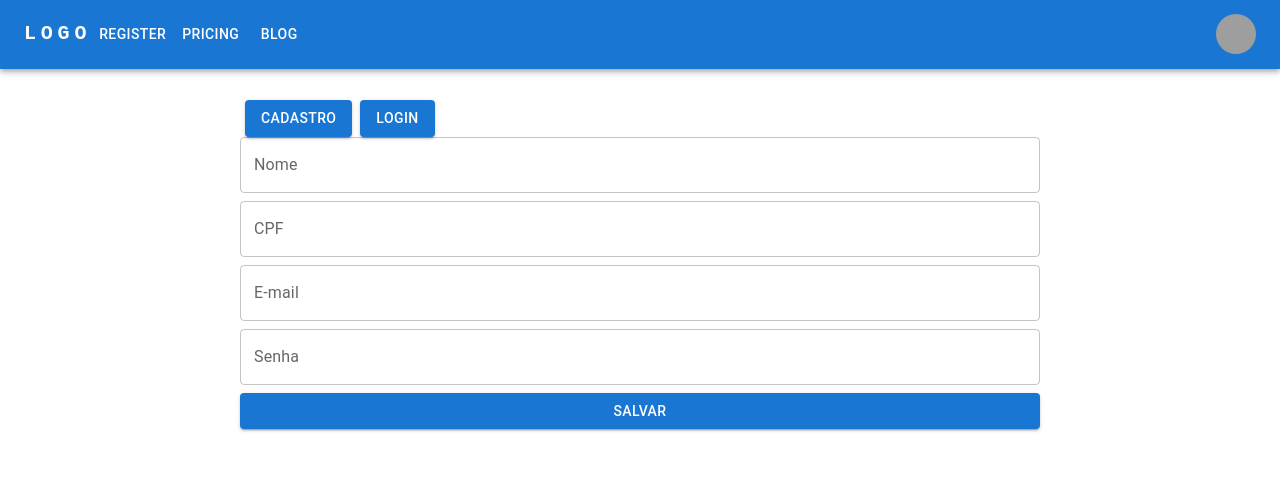
Repository: GabrielLeao02/sistema-react
Page: /register
The author's editor kept a copy of each file at every save. The page is drawn from the files as they stood at one save, then again after the next save.
The browser window is 1280 px wide. The pictures show the whole page.
Pictures or frames that could not be fetched are drawn as grey boxes. The project was rebuilt for these pictures with package versions that can differ from the ones it lists, and the page was loaded fresh each time. Also part of the build but not shown: src/presenter/home/home.tsx.

Above is the page before, as saved 2023-07-24 15:09:46.

After the next save:
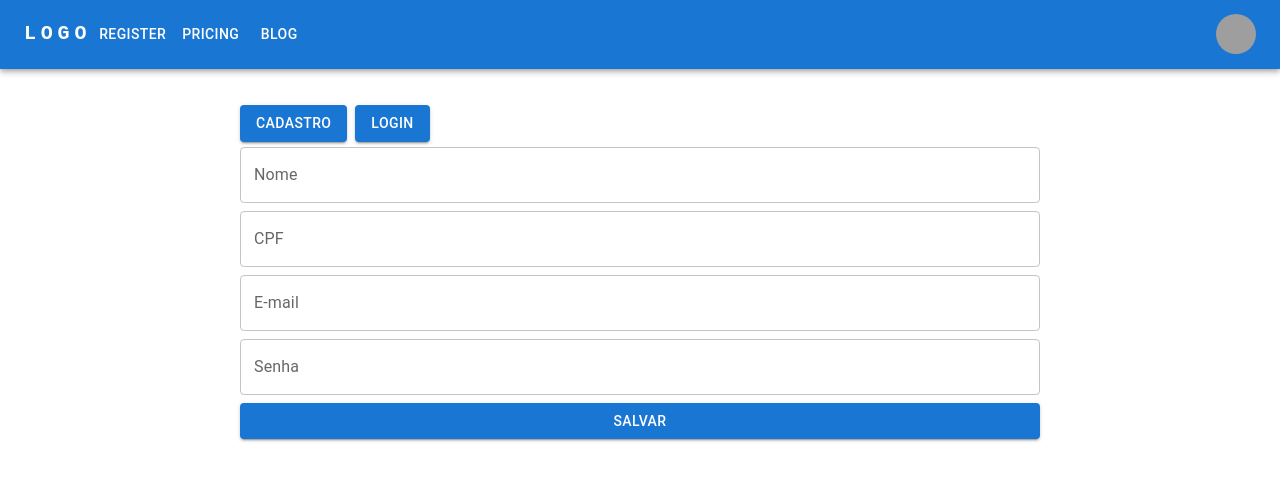
Saved 10 s later.
--- a/src/presenter/register/register.tsx
+++ b/src/presenter/register/register.tsx
@@ -29,7 +29,7 @@ function Register() {
         <>
 
             <ContainerStyled>
-                <div style={{display:'flex', gap:'8px', margin: '0px 5px'}}>
+                <div style={{display:'flex', gap:'8px', margin: '5px 0px'}}>
                     <Button variant="contained">Cadastro</Button>
                     <Button variant="contained">Login</Button>
                 </div>
